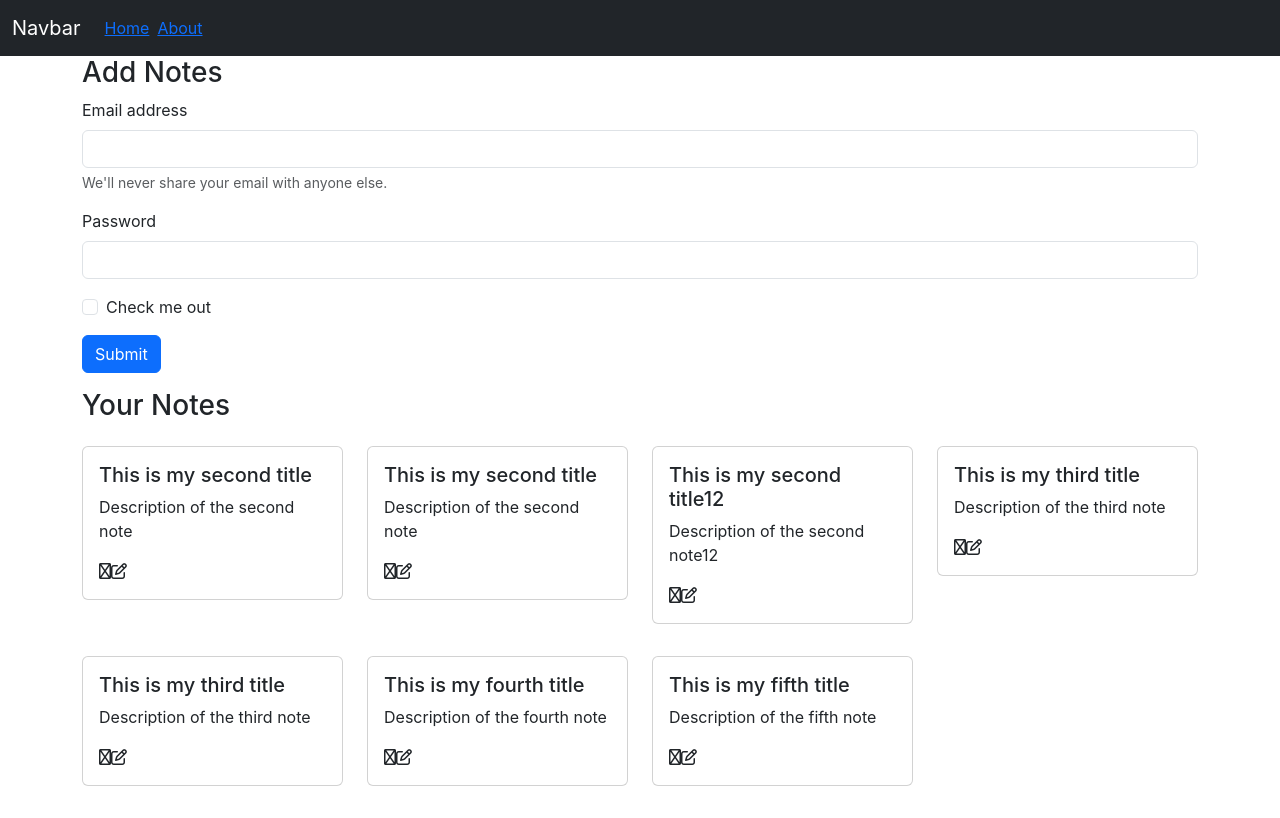
Repository: alphacode77/DailyNotes-react
Page: /
The author's editor kept a copy of each file at every save. The page is drawn from the files as they stood at one save, then again after the next save.
The browser window is 1280 px wide. The pictures show the whole page.
Some web libraries are served in a nearby version. The project was rebuilt for these pictures with package versions that can differ from the ones it lists, and the page was loaded fresh each time. Also part of the build but not shown: src/App.css, src/components/About.js.

Above is the page before, as saved 2023-02-28 16:56:08.

### public/index.html
<!DOCTYPE html>
<html lang="en">
  <head>
    <meta charset="utf-8" />
    <link rel="icon" href="%PUBLIC_URL%/favicon.ico" />
    <meta name="viewport" content="width=device-width, initial-scale=1" />
    <meta name="theme-color" content="#000000" />
    <meta
      name="description"
      content="Web site created using create-react-app"
    />
    <link rel="apple-touch-icon" href="%PUBLIC_URL%/logo192.png" />
    <!--
      manifest.json provides metadata used when your web app is installed on a
      user's mobile device or desktop. See https://developers.google.com/web/fundamentals/web-app-manifest/
    -->
    <link rel="manifest" href="%PUBLIC_URL%/manifest.json" />
    <!--
      Notice the use of %PUBLIC_URL% in the tags above.
      It will be replaced with the URL of the `public` folder during the build.
      Only files inside the `public` folder can be referenced from the HTML.

      Unlike "/favicon.ico" or "favicon.ico", "%PUBLIC_URL%/favicon.ico" will
      work correctly both with client-side routing and a non-root public URL.
      Learn how to configure a non-root public URL by running `npm run build`.
    -->
    <link href="https://cdn.jsdelivr.net/npm/bootstrap@5.3.0-alpha1/dist/css/bootstrap.min.css" rel="stylesheet" integrity="sha384-GLhlTQ8iRABdZLl6O3oVMWSktQOp6b7In1Zl3/Jr59b6EGGoI1aFkw7cmDA6j6gD" crossorigin="anonymous">
    <title>React App</title>
  </head>
  <body>
    <noscript>You need to enable JavaScript to run this app.</noscript>
    <div id="root"></div>
    <!--
      This HTML file is a template.
      If you open it directly in the browser, you will see an empty page.

      You can add webfonts, meta tags, or analytics to this file.
      The build step will place the bundled scripts into the <body> tag.

      To begin the development, run `npm start` or `yarn start`.
      To create a production bundle, use `npm run build` or `yarn build`.
    -->
    <script src="https://cdn.jsdelivr.net/npm/bootstrap@5.3.0-alpha1/dist/js/bootstrap.bundle.min.js" integrity="sha384-w76AqPfDkMBDXo30jS1Sgez6pr3x5MlQ1ZAGC+nuZB+EYdgRZgiwxhTBTkF7CXvN" crossorigin="anonymous"></script>
    <script src="https://kit.fontawesome.com/320aa9be75.js" crossorigin="anonymous"></script>
  </body>
</html>

### src/index.css
body {
  margin: 0;
  font-family: -apple-system, BlinkMacSystemFont, 'Segoe UI', 'Roboto', 'Oxygen',
    'Ubuntu', 'Cantarell', 'Fira Sans', 'Droid Sans', 'Helvetica Neue',
    sans-serif;
  -webkit-font-smoothing: antialiased;
  -moz-osx-font-smoothing: grayscale;
}

code {
  font-family: source-code-pro, Menlo, Monaco, Consolas, 'Courier New',
    monospace;
}


/* Custom Styles */
i{
  cursor: pointer;
}

### src/App.js
import './App.css';
import Navbar from './components/Navbar';
import Home from './components/Home';
import About from './components/About';
import NoteState from './Context/Notes/NoteState';
import {
  BrowserRouter as Router,
  Route,
  Routes
} from "react-router-dom";

function App() {
  return (
    <>
    <NoteState>


    <Router>
    <Navbar/>
    <Routes>
      <Route exact path="/" element={<Home/>} />
      <Route exact path="/about" element={<About/>} />
      {/* <Route exactPath="/navbar" element={<Navbar/>} /> */}
    </Routes>
  </Router>
  </NoteState>

    </>

  );
}

export default App;

### src/components/Navbar.js
import React, { useEffect }  from 'react'
import { Link,useLocation } from 'react-router-dom'

const Navbar = ()=>{
  let location = useLocation();
  useEffect(()=>{

  },[location])
    return (
     <>
     <nav className="navbar navbar-expand-lg bg-dark navbar-dark">
  <div className="container-fluid">
    <Link className="navbar-brand" to="/">Navbar</Link>
    <button className="navbar-toggler" type="button" data-bs-toggle="collapse" data-bs-target="#navbarSupportedContent" aria-controls="navbarSupportedContent" aria-expanded="false" aria-label="Toggle navigation">
      <span className="navbar-toggler-icon"></span>
    </button>
    <div className="collapse navbar-collapse" id="navbarSupportedContent">
      <ul className="navbar-nav me-auto mb-2 mb-lg-0">
        <li className="nav-item mx-2">
          <Link className={`"nav-link" ${location.pathname==="/"?"active":""}`} aria-current="page" to="/">Home</Link>
        </li>
        <li className="nav-item">
          <Link className={`"nav-link" ${location.pathname==="/about"?"active":""}`} to="/about">About</Link>
        </li>
      </ul>

    </div>
  </div>
</nav>
     </>
    )
}

export default Navbar

### src/components/Home.js
import React from "react"
import Notes from "./Notes"

const Home =()=>{

    return(
        <>
        <div className="container">
        <h3>Add Notes</h3>
        <form>
  <div className="mb-3 ">
    <label for="exampleInputEmail1" className="form-label">Email address</label>
    <input type="email" className="form-control" id="exampleInputEmail1" aria-describedby="emailHelp"/>
    <div id="emailHelp" className="form-text">We'll never share your email with anyone else.</div>
  </div>
  <div className="mb-3">
    <label for="exampleInputPassword1" className="form-label">Password</label>
    <input type="password" className="form-control" id="exampleInputPassword1"/>
  </div>
  <div className="mb-3 form-check">
    <input type="checkbox" className="form-check-input" id="exampleCheck1"/>
    <label className="form-check-label" for="exampleCheck1">Check me out</label>
  </div>
  <button type="submit" className="btn btn-primary">Submit</button>
</form>
</div>
<div className="container">
<Notes/>
</div>
        </>
    )
}

export default Home

### src/Context/Notes/NoteState.js
import React, { useState } from "react";
import NoteContext from "./NoteContext"


const NoteState = (props) => {

  const initalNotes = [
    {
      "_id": "63f3b6c17c6863985aada677be",
      "user": "63f20b9a00ad623ad3d4dae2",
      "title": "This is my second title",
      "description": "Description of the second note",
      "tag": "demo check",
      "date": "2023-02-20T18:07:03.296Z",
      "__v": 0
    },
    {
      "_id": "63f3b892a233086ff244bcc267",
      "user": "63f20b9a00ad623ad3d4dae2",
      "title": "This is my second title",
      "description": "Description of the second note",
      "tag": "demo check",
      "date": "2023-02-20T18:14:42.184Z",
      "__v": 0
    },
    {
      "_id": "63f3b89ca324086ff244bcc26b",
      "user": "63f20b9a00ad623ad3d4dae2",
      "title": "This is my second title12",
      "description": "Description of the second note12",
      "tag": "demo check",
      "date": "2023-02-20T18:14:52.449Z",
      "__v": 0
    },
    {
      "_id": "63f49f588821556f0ed94969e",
      "user": "63f20b9a00ad623ad3d4dae2",
      "title": "This is my third title",
      "description": "Description of the third note",
      "tag": "personal",
      "date": "2023-02-21T10:39:20.800Z",
      "__v": 0
    },
    {
      "_id": "63f49f5888215665f0ed94969e",
      "user": "63f20b9a00ad623ad3d4dae2",
      "title": "This is my third title",
      "description": "Description of the third note",
      "tag": "personal",
      "date": "2023-02-21T10:39:20.800Z",
      "__v": 0
    },
    {
      "_id": "63f900232ae5c6479c6e95d43e",
      "user": "63f20b9a00ad623ad3d4dae2",
      "title": "This is my fourth title",
      "description": "Description of the fourth note",
      "tag": "personal",
      "date": "2023-02-24T18:21:30.036Z",
      "__v": 0
    },
    {
      "_id": "63f90b33480d38d651f2ba231",
      "user": "63f20b9a00ad623ad3d4dae2",
      "title": "This is my fifth title",
      "description": "Description of the fifth note",
      "tag": "personal",
      "date": "2023-02-24T19:08:35.605Z",
      "__v": 0
    }
  ]
  const [notes, setNotes] = useState(initalNotes)

  //Add Notes
  const addNote = (title, description, tag) => {
    let note = {
      "_id": "63f90022ae5c6479c6e95d43e",
      "user": "63f20b9a00ad623ad3d4dae2",
      "title": title,
      "description": description,
      "tag": tag,
      "date": "2023-02-24T18:21:30.036Z",
      "__v": 0
    }
    setNotes(notes.concat(note))
  }

  //Delete Notes
  const deleteNote = () => {

  }

  //Update Notes
  const updateNote = () => {

  }
  return (
    <NoteContext.Provider value={{ notes, setNotes, addNote, deleteNote, updateNote }}>
      {props.children}
    </NoteContext.Provider>

  )
}

export default NoteState;

### src/components/Notes.js
import React,{ useContext } from 'react'
import NoteContext from "../Context/Notes/NoteContext"
import Noteitem from './Noteitem';

function Notes() {
  const context = useContext(NoteContext);
  const{notes,setNotes} = context
  return (
  <>
  <div className="row my-3">
  <h3>Your Notes</h3>
  {notes.map((note)=>{
    return <Noteitem  note={note} />
  })}
</div>
  </>
  )
}

export default Notes

### src/Context/Notes/NoteContext.js
import {createContext} from 'react'

const NoteContext = createContext();

export default NoteContext;

### src/components/Noteitem.js
import React from 'react'

const Noteitem = (props) => {
  const { note } = props
  return (
    <>
      <div className='col-md-3'>

        <div className="card my-3">
          <div className="card-body">
            <h5 className="card-title">{note.title}</h5>
            <p className="card-text">{note.description}</p>
          <i class="fa-regular fa-trash"></i>
          <i class="fa-regular fa-pen-to-square"></i>
          </div>
        </div>
      </div>


    </>
  )
}

export default Noteitem

Loaded but not shown: src/index.js (common file)

After the next save:
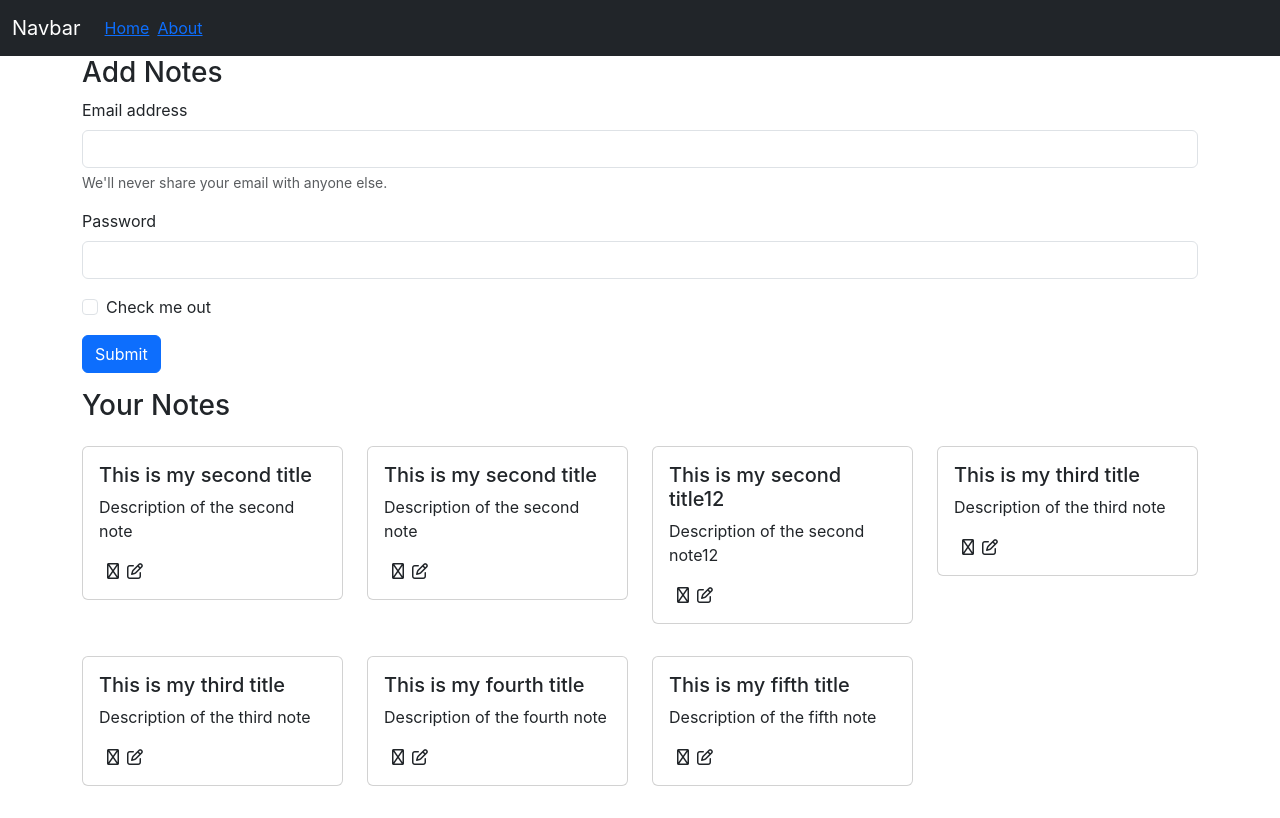
Saved 20 s later.
--- a/src/components/Noteitem.js
+++ b/src/components/Noteitem.js
@@ -10,7 +10,7 @@
           <div className="card-body">
             <h5 className="card-title">{note.title}</h5>
             <p className="card-text">{note.description}</p>
-          <i class="fa-regular fa-trash"></i>
+          <i class="fa-regular fa-trash mx-2"></i>
           <i class="fa-regular fa-pen-to-square"></i>
           </div>
         </div>

After the save that followed:
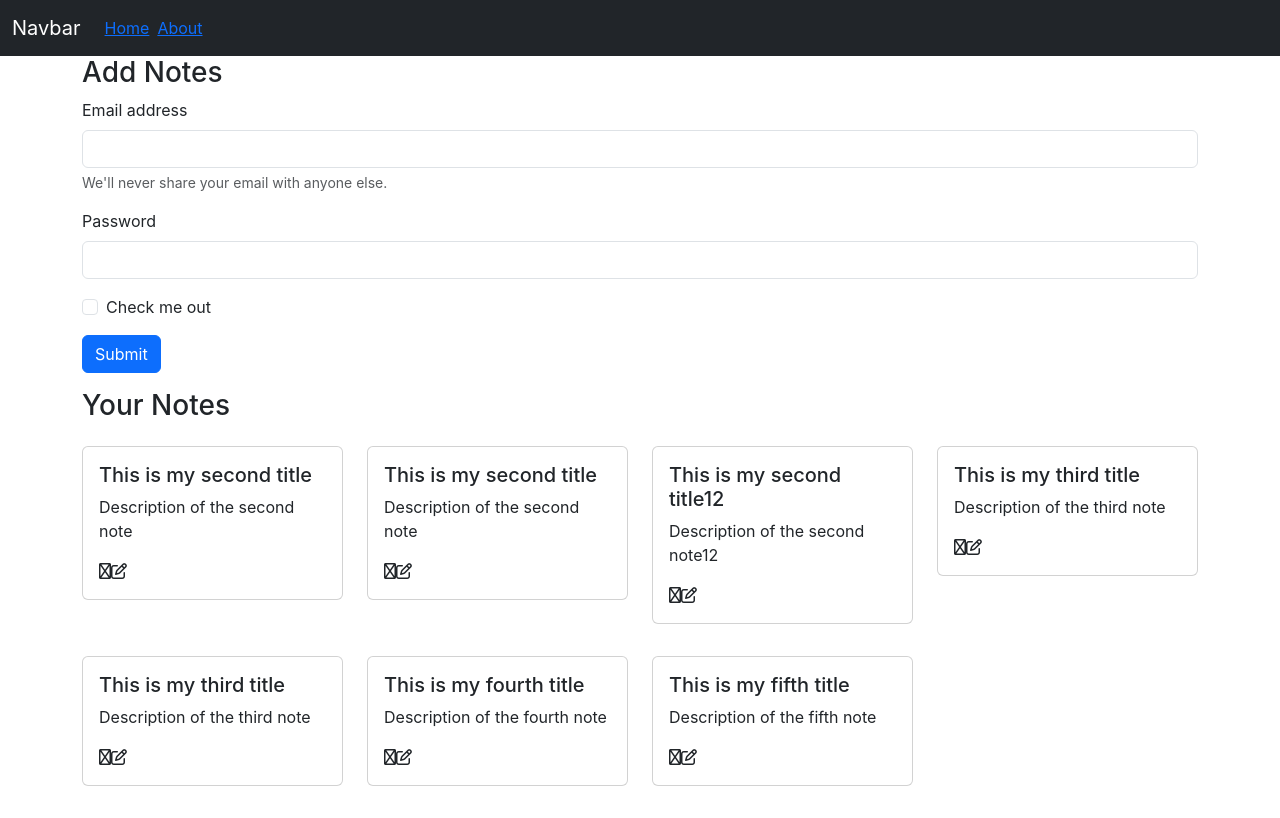
Saved 97 s later.
--- a/src/components/Noteitem.js
+++ b/src/components/Noteitem.js
@@ -10,7 +10,7 @@
           <div className="card-body">
             <h5 className="card-title">{note.title}</h5>
             <p className="card-text">{note.description}</p>
-          <i class="fa-regular fa-trash mx-2"></i>
+            <i class="fa-sharp fa-regular fa-trash"></i>
           <i class="fa-regular fa-pen-to-square"></i>
           </div>
         </div>
